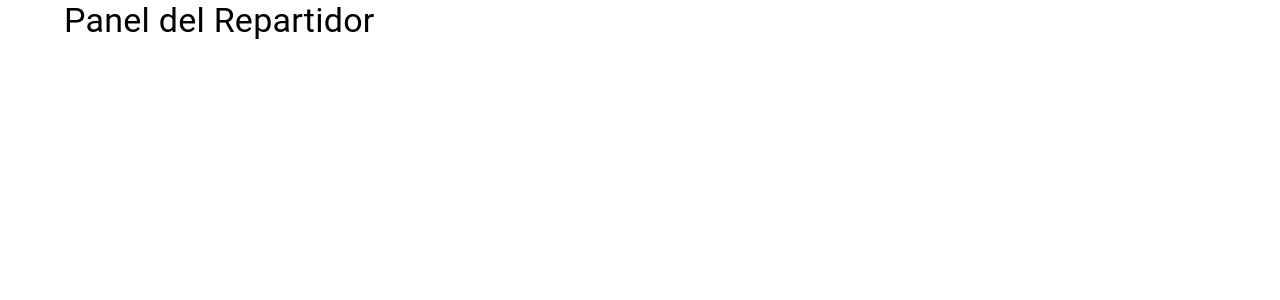
Repository: ferugarte/deliverapp
Page: /dashboard/driver
The author's editor kept a copy of each file at every save. The page is drawn from the files as they stood at one save, then again after the next save.
The browser window is 1280 px wide. The pictures show the whole page.
The project was rebuilt for these pictures with package versions that can differ from the ones it lists, and the page was loaded fresh each time. Also part of the build but not shown: src/components/Auth/Login.js, src/components/Auth/RegisterUser.js, src/components/Auth/RegisterCompany.js, src/components/Dashboard/AdminDashboard.js, src/components/Dashboard/CompanyDashboard.js, src/components/Order/OrderList.js, src/components/Order/OrderDetails.js, src/components/Order/EditOrder.js and 5 more.

Above is the page before, as saved 2023-12-26 13:27:40.

### src/index.css
/* src/index.css */
body {
  margin: 0;
  font-family: -apple-system, BlinkMacSystemFont, 'Segoe UI', 'Roboto', 'Oxygen',
    'Ubuntu', 'Cantarell', 'Fira Sans', 'Droid Sans', 'Helvetica Neue',
    sans-serif;
  -webkit-font-smoothing: antialiased;
  -moz-osx-font-smoothing: grayscale;
}

code {
  font-family: source-code-pro, Menlo, Monaco, Consolas, 'Courier New',
    monospace;
}

/* Agrega más estilos globales según sea necesario */

### src/App.js
import React from 'react';
import { BrowserRouter as Router, Routes, Route, Navigate } from 'react-router-dom';

// Importa tus componentes aquí...
import Login from './components/Auth/Login';
import RegisterUser from './components/Auth/RegisterUser';
import RegisterCompany from './components/Auth/RegisterCompany';
import AdminDashboard from './components/Dashboard/AdminDashboard';
import DriverDashboard from './components/Dashboard/DriverDashboard';
import CompanyDashboard from './components/Dashboard/CompanyDashboard';
import OrderList from './components/Order/OrderList';
import OrderDetails from './components/Order/OrderDetails';
import EditOrder from './components/Order/EditOrder'; // Asegúrate de tener este componente
import NewOrder from './components/Order/NewOrder';
import MessageConfig from './components/Order/MessageConfig';
import MapView from './components/Tracking/MapView';
import TrackingInfo from './components/Tracking/TrackingInfo';
import DriverStatus from './components/Driver/DriverStatus';

function App() {
  return (
    <Router>
      <Routes>
        <Route path="/" element={<Navigate replace to="/login" />} />
        <Route path="/login" element={<Login />} />
        {/* Rutas para Autenticación */}
        <Route path="/login" element={<Login />} />
        <Route path="/register-user" element={<RegisterUser />} />
        <Route path="/register-company" element={<RegisterCompany />} />

        {/* Rutas para Dashboards */}
        <Route path="/dashboard/admin" element={<AdminDashboard />} />
        <Route path="/dashboard/driver" element={<DriverDashboard />} />
        <Route path="/dashboard/company" element={<CompanyDashboard />} />

        {/* Rutas para Pedidos */}
        <Route path="/orders" element={<OrderList />} />
        <Route path="/order/details/:id" element={<OrderDetails />} />
        <Route path="/order/edit/:id" element={<EditOrder />} />
        <Route path="/order/new" element={<NewOrder />} />
        <Route path="/order/message-config" element={<MessageConfig />} />
        <Route path="/driver/status" element={<DriverStatus />} />

        {/* Rutas para Seguimiento */}
        <Route path="/tracking/map" element={<MapView />} />
        <Route path="/tracking/info/:id" element={<TrackingInfo />} />

        {/* Puedes agregar aquí más rutas según sea necesario */}
      </Routes>
    </Router>
  );
}

export default App;

### src/reportWebVitals.js
// src/reportWebVitals.js
const reportWebVitals = (onPerfEntry) => {
  if (onPerfEntry && onPerfEntry instanceof Function) {
    import('web-vitals').then(({ getCLS, getFID, getFCP, getLCP, getTTFB }) => {
      getCLS(onPerfEntry);
      getFID(onPerfEntry);
      getFCP(onPerfEntry);
      getLCP(onPerfEntry);
      getTTFB(onPerfEntry);
    });
  }
};

export default reportWebVitals;

### src/components/Dashboard/DriverDashboard.js
// src/components/Dashboard/DriverDashboard.js
import React from 'react';
import { Container, Typography } from '@mui/material';

const DriverDashboard = () => {
  return (
    <Container>
      <Typography variant="h4" component="h1" gutterBottom>
        Panel del Repartidor
      </Typography>
      {/* Aquí puedes agregar componentes o funciones específicas para los repartidores, como listas de entregas, mapas, etc. */}
    </Container>
  );
};

export default DriverDashboard;

Loaded but not shown: public/index.html (common file); src/index.js (common file)

After the next save:
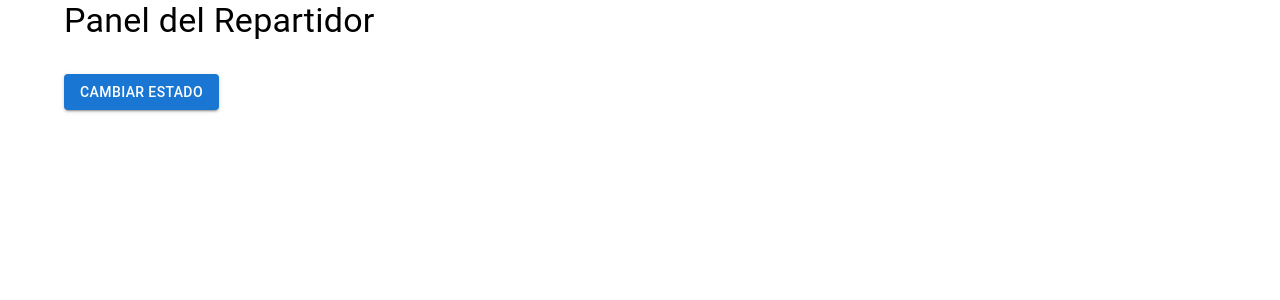
Saved 90 s later.
--- a/src/components/Dashboard/DriverDashboard.js
+++ b/src/components/Dashboard/DriverDashboard.js
@@ -1,14 +1,29 @@
 // src/components/Dashboard/DriverDashboard.js
 import React from 'react';
-import { Container, Typography } from '@mui/material';
+import { useNavigate } from 'react-router-dom';
+import { Button, Container, Typography } from '@mui/material';
 
 const DriverDashboard = () => {
+  const navigate = useNavigate();
+
+  const handleChangeStatus = () => {
+    navigate('/driver/status'); // Redirige a la pantalla de cambio de estado
+  };
+
   return (
     <Container>
       <Typography variant="h4" component="h1" gutterBottom>
         Panel del Repartidor
       </Typography>
       {/* Aquí puedes agregar componentes o funciones específicas para los repartidores, como listas de entregas, mapas, etc. */}
+      <Button
+        variant="contained"
+        color="primary"
+        onClick={handleChangeStatus}
+        style={{ marginTop: '20px' }}
+      >
+        Cambiar Estado
+      </Button>
     </Container>
   );
 };
